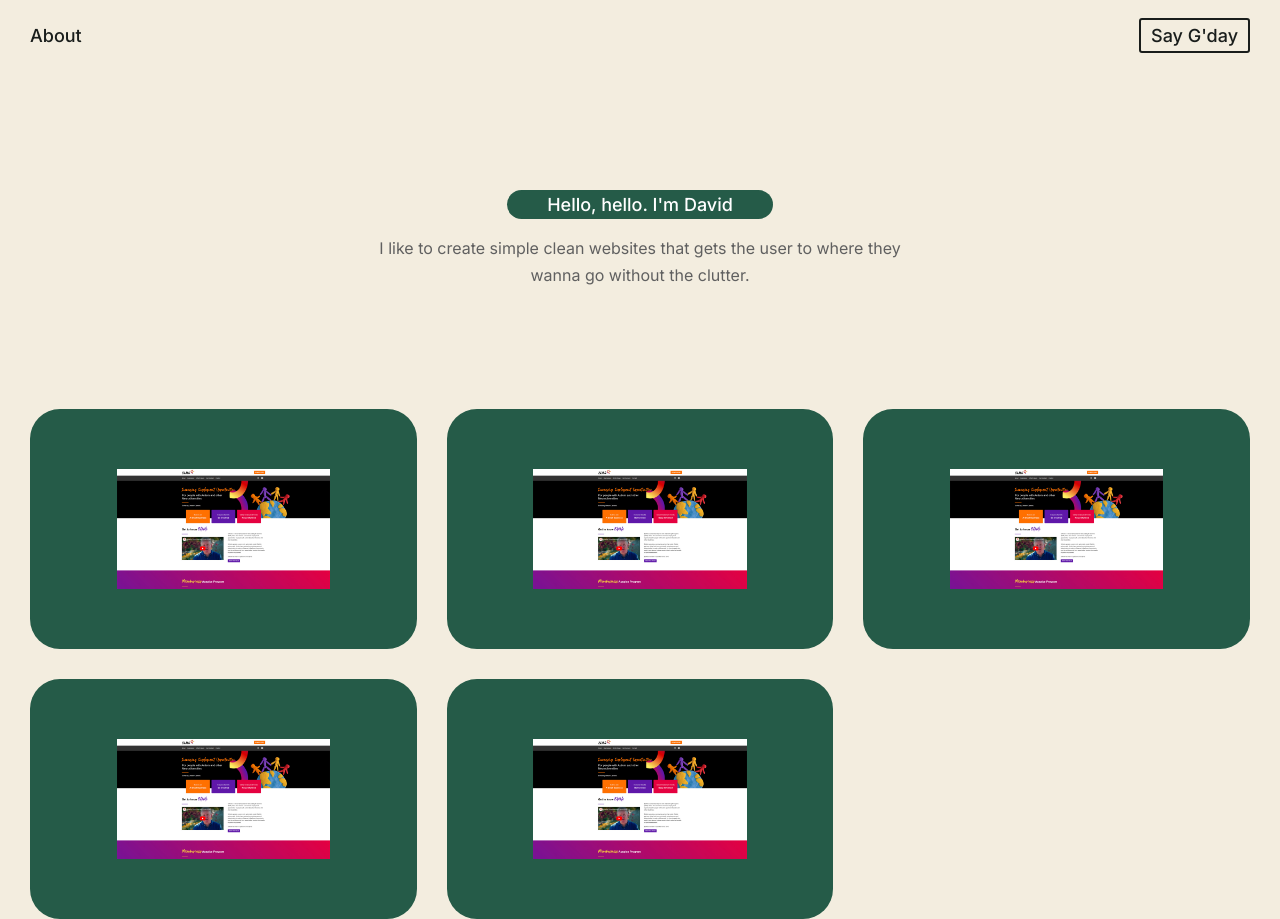
Repository: David-Waite/David-Waite-Portfolio
Page: /
The author's editor kept a copy of each file at every save. The page is drawn from the files as they stood at one save, then again after a run of saves.
The browser window is 1280 px wide. The pictures show the whole page.
The project was rebuilt for these pictures with package versions that can differ from the ones it lists, and the page was loaded fresh each time. The framework's server and built-in components were replaced by stand-ins that run in the browser. Also part of the build but not shown: next.config.js.

Above is the page before, as saved 2023-07-26 13:09:07.

### app/layout.tsx
import "./globals.css";
import type { Metadata } from "next";
import { Inter } from "next/font/google";
import Link from "next/link";
import NavBar from "./components/Nav/NavBar/NavBar";

const inter = Inter({ subsets: ["latin"] });

export const metadata: Metadata = {
  title: "Create Next App",
  description: "Generated by create next app",
};

export default function RootLayout({
  children,
}: {
  children: React.ReactNode;
}) {
  return (
    <html lang="en">
      <body className={inter.className}>
        <NavBar />
        {children}
      </body>
    </html>
  );
}

### app/page.tsx
import Projects from "./components/Nav/Home/Projects/Projects";
import styles from "./page.module.css";
import Image from "next/image";
export default function Home() {
  return (
    <main className={styles.main}>
      <div className={styles.headingContainer}>
        <h1>Hello, hello. I&apos;m David</h1>
        <p>
          I like to create simple clean websites that gets the user to where
          they wanna go without the clutter.
        </p>
      </div>
      <Projects />
    </main>
  );
}

### app/globals.css
:root {
  --primary: #255b48;
  --black: #191d1b;
  --background: #f3eddf;
  --white: #ffffff;
  --grey: #606060;
}

.paragraph {
  font-size: 18px;
  font-style: normal;
  font-weight: 400;
  line-height: 25.2px;
  color: var(--black);
}

body {
  background-color: var(--background);
}

* {
  padding: 0;
  margin: 0;
  box-sizing: border-box;
}

### app/components/Nav/NavBar/NavBar.tsx
"use client";
import NavButton from "../NavButton/NavButton";
import styles from "./navBar.module.css";
import { usePathname } from "next/navigation";

import Link from "next/link";

export default function NavBar() {
  const currentRoute = usePathname();

  return (
    <nav className={styles.container}>
      <Link href={`./${currentRoute === "/" ? "about" : "/"}`}>
        {currentRoute === "/" ? "About" : "Home"}
      </Link>

      {currentRoute !== "/contact" && <NavButton />}
    </nav>
  );
}

### app/components/Nav/Home/Projects/Projects.tsx
"use client";

import Image from "next/image";
import styles from "./projects.module.css";
import Link from "next/link";

import { useState, useEffect } from "react";
import { it } from "node:test";

export default function About() {
  const projects: any = [
    {
      image: "/Edable.jpg",
      imageAlt: "Edable Home",
      link: "www.edable.org.au",
      description:
        "A charity working on employing and educating in the field of autism",
      madeWith: ["Next.Js", "Contentful"],
    },
    {
      image: "/Edable.jpg",
      imageAlt: "Edable Home",
      link: "www.edable.org.au",
      description:
        "A charity working on employing and educating in the field of autism",
      madeWith: ["Next.Js", "Contentful"],
    },

    {
      image: "/Edable.jpg",
      imageAlt: "Edable Home",
      link: "www.edable.org.au",
      description:
        "A charity working on employing and educating in the field of autism",
      madeWith: ["Next.Js", "Contentful"],
    },
    {
      image: "/Edable.jpg",
      imageAlt: "Edable Home",
      link: "www.edable.org.au",
      description:
        "A charity working on employing and educating in the field of autism",
      madeWith: ["Next.Js", "Contentful"],
    },
    {
      image: "/Edable.jpg",
      imageAlt: "Edable Home",
      link: "www.edable.org.au",
      description:
        "A charity working on employing and educating in the field of autism",
      madeWith: ["Next.Js", "Contentful"],
    },
  ];
  const [modalState, setModalState] = useState(false);
  const [modalItem, setModalItem] = useState();

  const [height, setHeight] = useState(999);
  useEffect(() => {
    setTimeout(() => {
      setHeight(window.innerHeight), 1;
    });
  });

  const projectCardsElement: any = projects.map((item: any) => {
    return (
      <a
        key={item.title}
        href={`https://${item.link}`}
        target="_blank"
        style={{ textDecoration: "none" }}
      >
        <div className={styles.projectsCard}>
          <div className={styles.projectContainer}>
            <Image
              className={styles.projectImages}
              src={item.image}
              alt={item.imageAlt}
              fill={true}
            />
            <div className={styles.projectInfo}>
              <h2>{item.link}</h2>
              <p>{item.description}</p>

              <ul className={styles.madeWith}>
                {item.madeWith.map((madewith: any) => (
                  <li key={item.title}>
                    {`${madewith}${
                      madewith === item.madeWith[item.madeWith.length - 1]
                        ? ""
                        : ","
                    }`}
                  </li>
                ))}
              </ul>
            </div>
          </div>
        </div>
      </a>
    );
  });
  return <div className={styles.projectsGrid}>{projectCardsElement}</div>;
}
// import styles from "./projects.module.css";
// import Image from "next/image";
// export default function Projects() {
//   return (
//     <main className={styles.main}>
//       <div className={styles.projects}>
//         <div className={styles.projectContainer}>
//           <div className={styles.imageContainer}>
//             <Image
//               src="/Edable.jpg"
//               fill={true}
//               alt="Edable homePage"
//               objectFit="contain"
//             />
//             <div className={styles.text}>
//               <h2>https://www.edable.org.au/</h2>
//               <p>
//                 A charity working on employing and educating in the field of
//                 autism
//               </p>
//             </div>
//           </div>
//         </div>
//         <div className={styles.projectContainer}></div>
//         <div className={styles.projectContainer}></div>
//         <div className={styles.projectContainer}></div>
//         <div className={styles.projectContainer}></div>
//       </div>
//     </main>
//   );
// }

### app/page.module.css
.main {
  margin: 0 30px;
}
.headingContainer {
  display: flex;
  flex-direction: column;
  align-items: center;
  margin: 120px 0px;
}

.headingContainer h1 {
  background-color: var(--primary);
  color: var(--white);
  font-size: 18px;
  font-weight: 500;
  padding: 4px 40px;
  border-radius: 20px;
  margin-bottom: 16px;
}

.headingContainer p {
  color: var(--grey);
  max-width: 550px;
  text-align: center;
  line-height: 27px;
}

### app/components/Nav/NavButton/NavButton.tsx
import styles from "./navButton.module.css";

import Link from "next/link";

export default function NavButton() {
  return (
    <Link className={styles.container} href={"./contact"}>
      Say G&apos;day
    </Link>
  );
}

### app/components/Nav/NavBar/navBar.module.css
.container {
  display: flex;
  align-items: center;
  justify-content: space-between;
  height: 70px;
  padding: 0 30px;
}

.container a {
  color: var(--black);
  cursor: pointer;
  text-decoration: none;
  font-size: 18px;
  font-weight: 500;
}

### app/components/Nav/Home/Projects/projects.module.css
.projectsGrid {
  display: grid;
  grid-template-columns: 1fr 1fr 1fr;
  gap: 30px;
}

.projectsCard {
  background-color: var(--primary);
  height: calc((100vw / 3) / 16 * 9);
  border-radius: 30px;
  display: flex;
  align-items: center;
  justify-content: center;
}

.projectContainer {
  position: relative;

  height: calc(100% - 120px);
  width: calc(100%);
  border-radius: 3px;
}
.projectImages {
  object-fit: contain;
}
.projectInfo {
  opacity: 0 !important;

  top: 50%;
  left: 50%;
  transform: translate(-50%, -50%);
  flex-direction: column;
  align-items: center;
  justify-content: center;
}

.projectsCard h2 {
  margin-top: auto;
  text-align: center;
  color: var(--white);
  font-size: 18px;
  font-weight: 500;
}

.projectsCard p {
  font-size: 18px;
  text-align: center;
  margin: 8px 30px 0 30px;
  color: var(--white);
  font-weight: 300;
  margin-bottom: auto;
}

.madeWith {
  list-style: none;
  display: flex;
  margin-top: 14.4px;
  gap: 7px;
  color: #a7a7a7;
  font-size: 13px;
  margin: -20px 0 20px;
}

### app/components/Nav/NavButton/navButton.module.css
.container {
  border: 2px solid var(--black);
  color: var(--black);
  font-weight: 500;
  border-radius: 3px;
  padding: 5px 10px;
  transition: 0.3s;
}

.container:hover {
  background-color: var(--primary);
  color: var(--white);
}

After the next 2 saves:
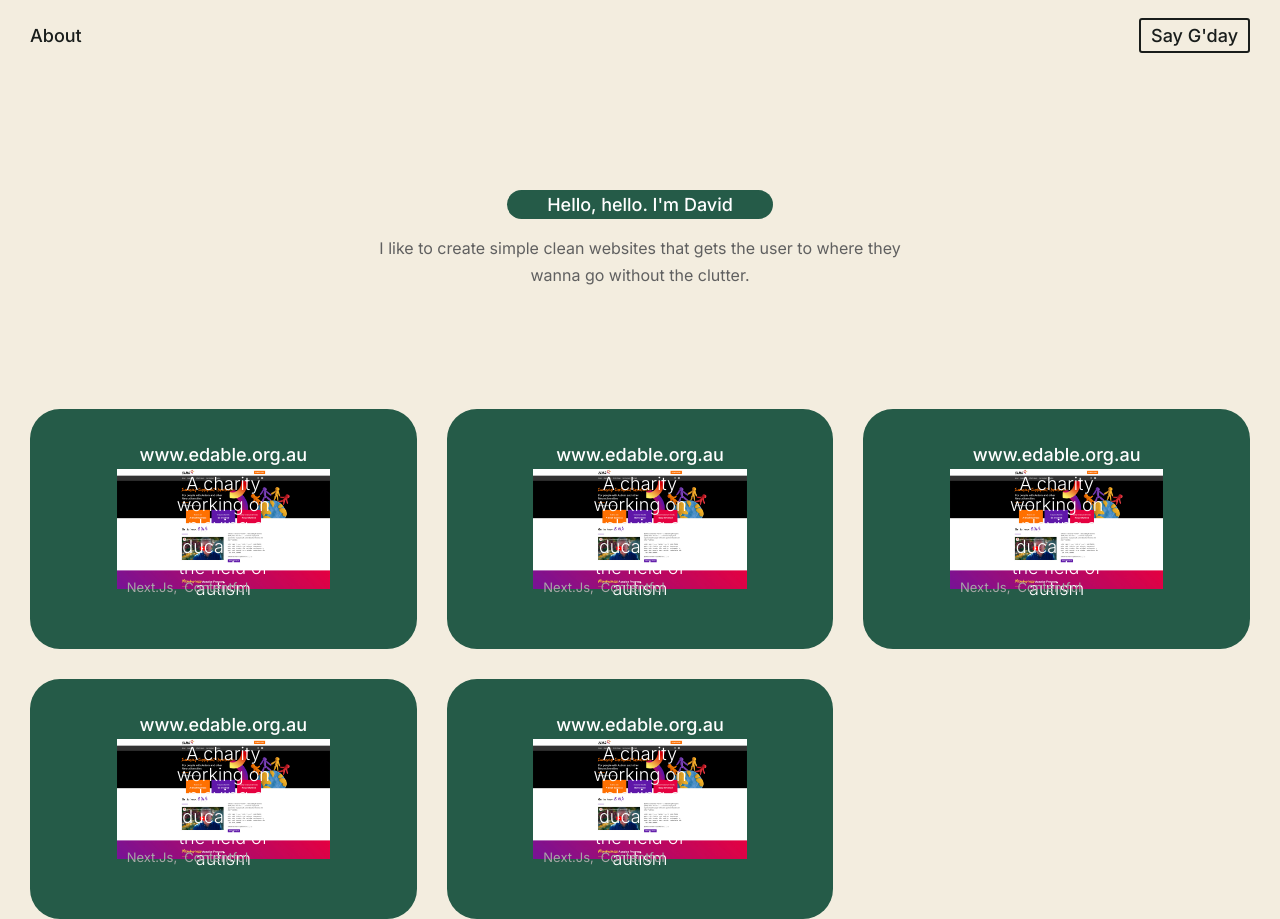
The 2 saves are shown as one change because they came seconds apart.
The last was saved 7 s later.
--- a/app/components/Nav/Home/Projects/projects.module.css
+++ b/app/components/Nav/Home/Projects/projects.module.css
@@ -24,8 +24,8 @@
   object-fit: contain;
 }
 .projectInfo {
-  opacity: 0 !important;
-
+  opacity: 1;
+  position: absolute;
   top: 50%;
   left: 50%;
   transform: translate(-50%, -50%);
